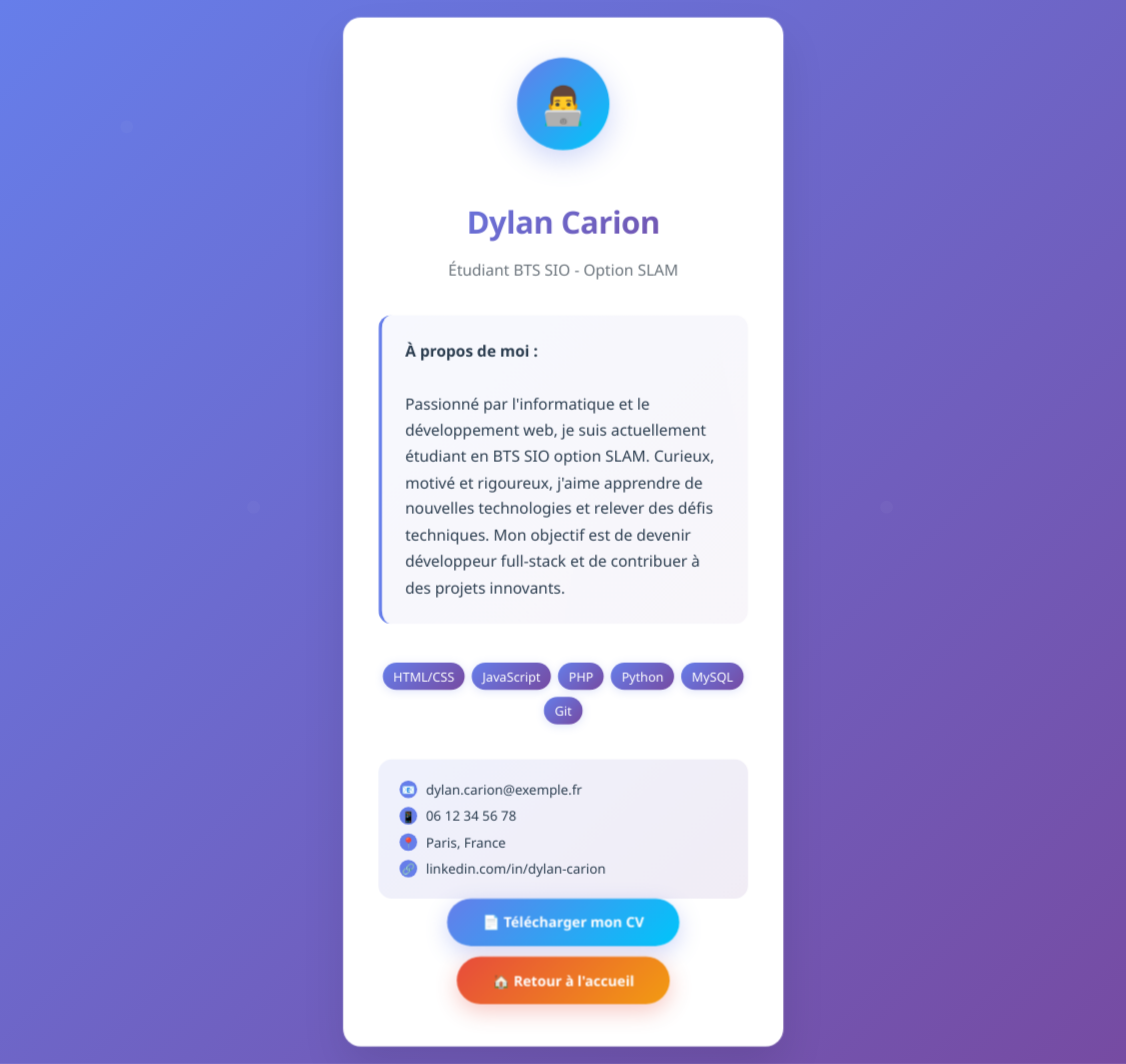
Repository: gato2fraises/Portfolio
Page: cv.html
The author's editor kept a copy of each file at every save. The page is drawn from the files as they stood at one save, then again after the next save.
The browser window is 1280 px wide. The pictures show the whole page, at 88% of full size.

Above is the page before, as saved 2025-09-10 13:42:13.

After the next save:
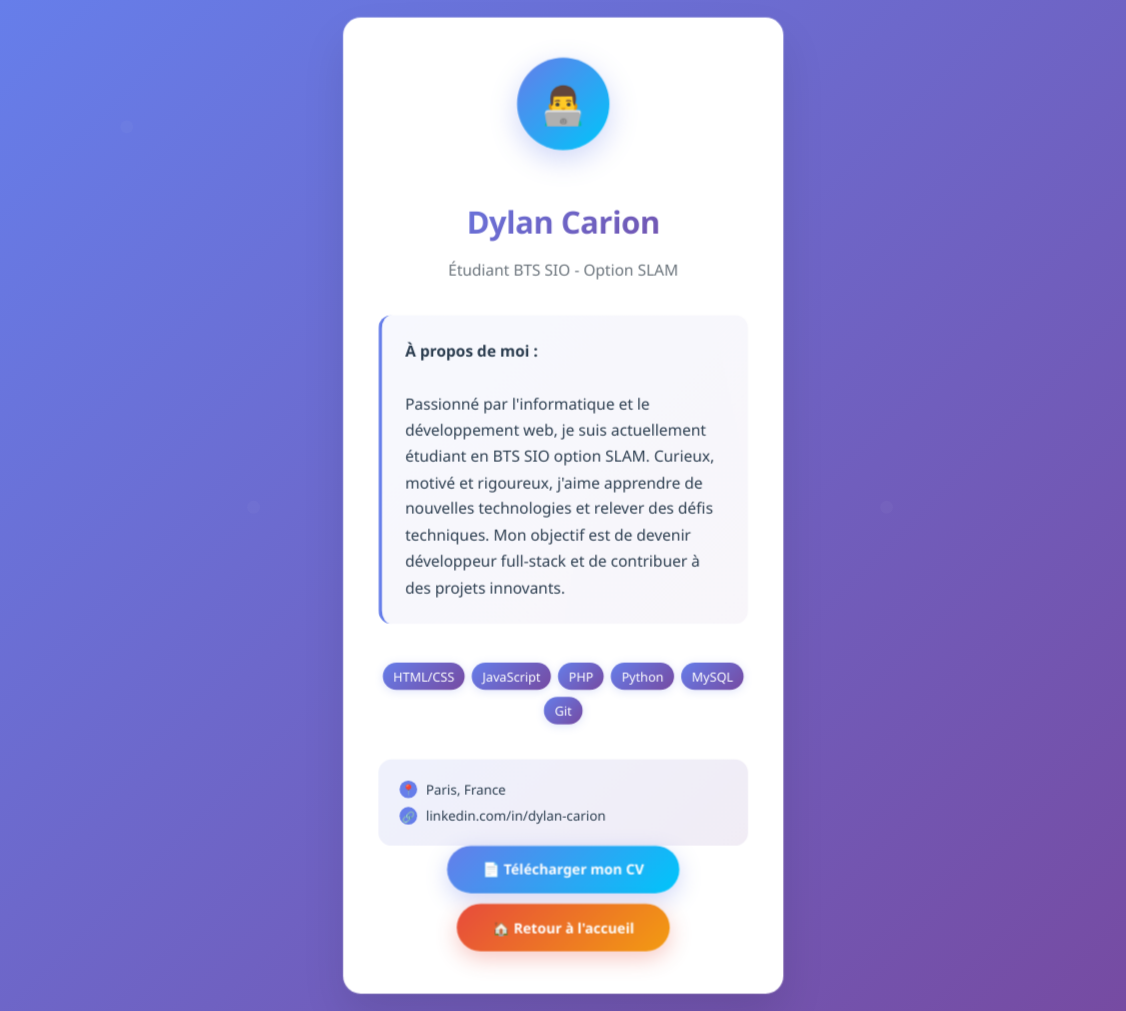
Saved 4 min 16 s later.
--- a/cv.html
+++ b/cv.html
@@ -325,14 +325,6 @@
 
         <div class="contact-info">
             <div class="contact-item">
-                <div class="contact-icon">📧</div>
-                <span>dylan.carion@exemple.fr</span>
-            </div>
-            <div class="contact-item">
-                <div class="contact-icon">📱</div>
-                <span>06 12 34 56 78</span>
-            </div>
-            <div class="contact-item">
                 <div class="contact-icon">📍</div>
                 <span>Paris, France</span>
             </div>
